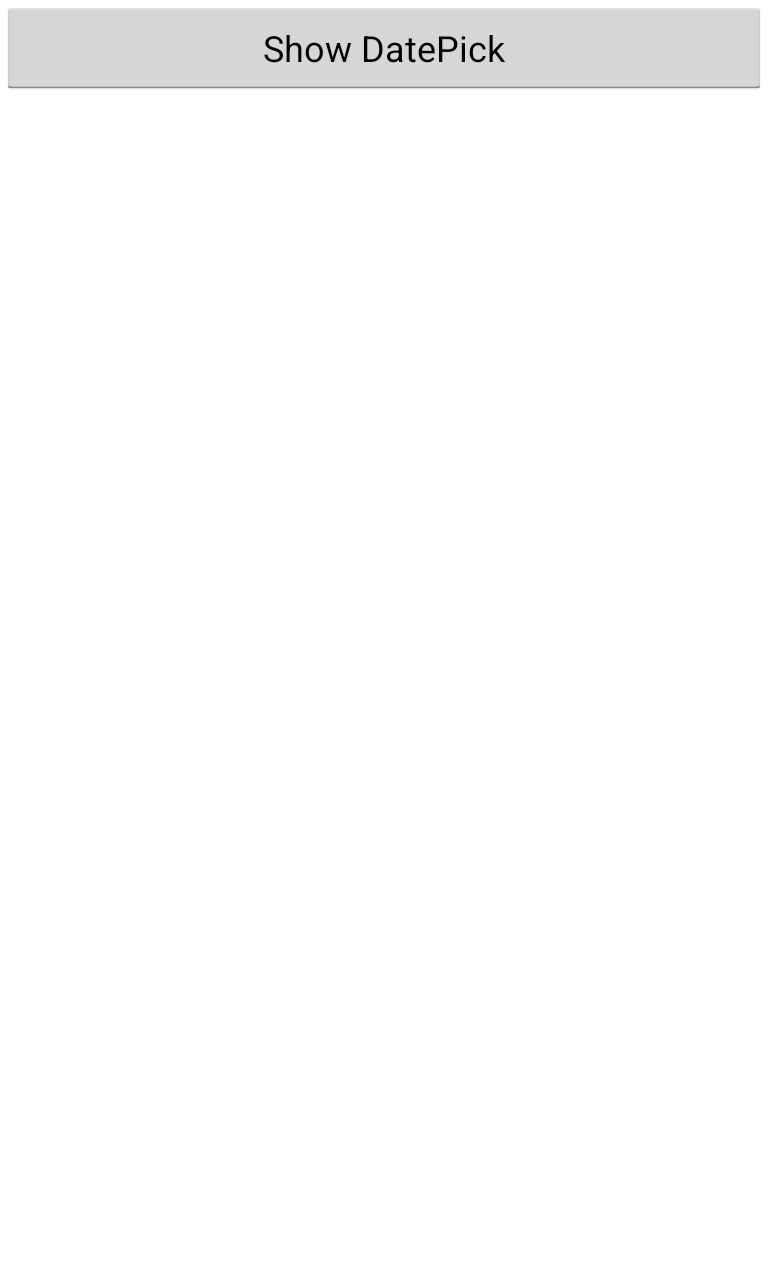
Repository: ChenLongAHXC/AndroidPractice
Layout: DatePickDialogAndAutoCompleteTextView/res/layout/activity_main.xml
The author's editor kept a copy of each file at every save. The layout is drawn from the files as they stood at one save, then again after the next save.
It is drawn on a 768 x 1280 px phone screen (xhdpi) without system bars, with theme AppTheme; the app's code is not run.

Above is the layout before, as saved 2014-04-01 14:52:00.

After the next save:
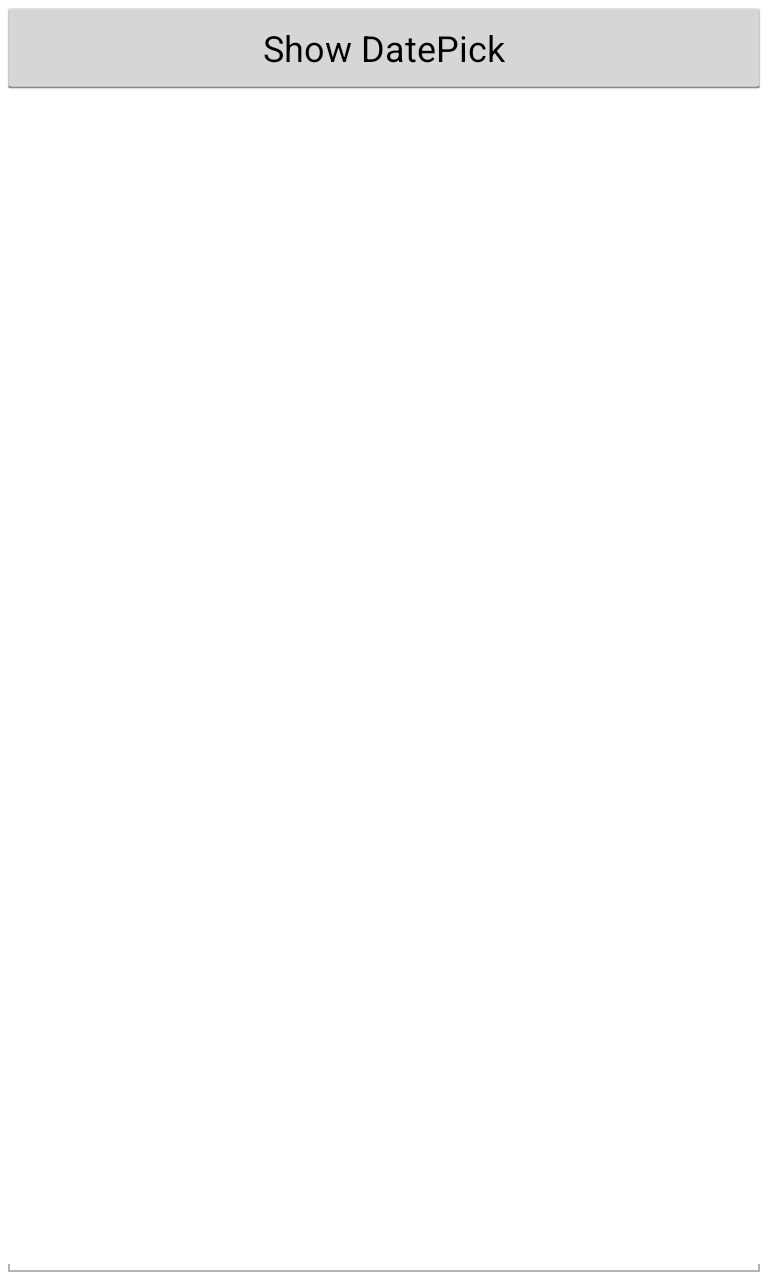
Saved 4 min 50 s later.
--- a/DatePickDialogAndAutoCompleteTextView/res/layout/activity_main.xml
+++ b/DatePickDialogAndAutoCompleteTextView/res/layout/activity_main.xml
@@ -10,9 +10,9 @@
         android:id="@+id/showDatePick"
         android:text="Show DatePick"/>
 
-<!--     <AutoCompleteTextView  -->
-<!--         android:layout_width="match_parent" -->
-<!--         android:layout_height="match_parent"  -->
-<!--         android:id="@+id/autoCompleteTextView"/> -->
+    <AutoCompleteTextView
+        android:layout_width="match_parent"
+        android:layout_height="match_parent"
+        android:id="@+id/autoCompleteTextView"/>
 
 </LinearLayout>
